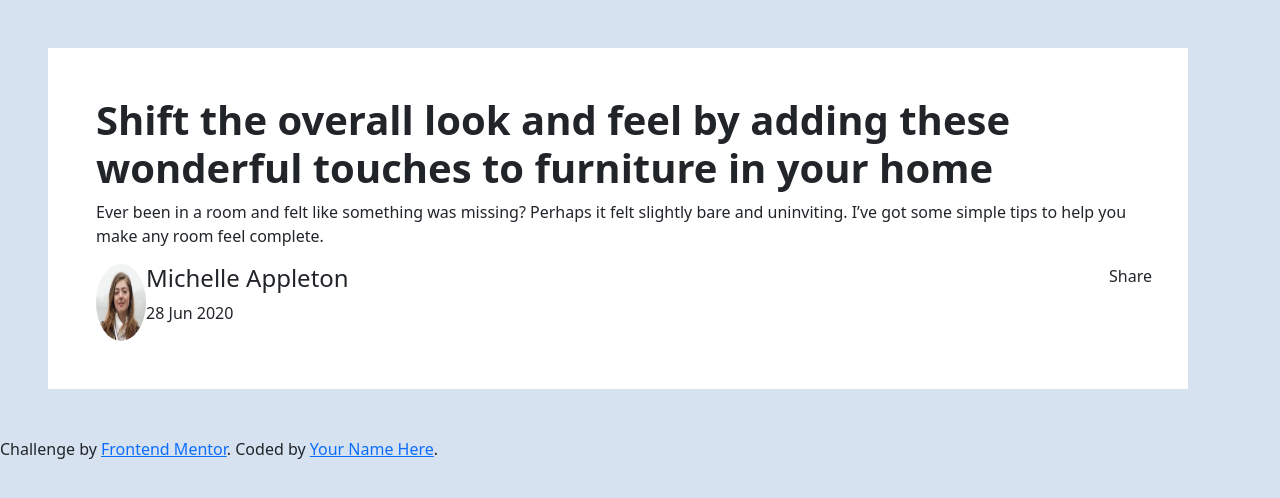
Repository: blordeus/article-preview-component
Page: index.html
The author's editor kept a copy of each file at every save. The page is drawn from the files as they stood at one save, then again after the next save.
The browser window is 1280 px wide. The pictures show the whole page.

Above is the page before, as saved 2024-05-17 10:27:50.

After the next save:
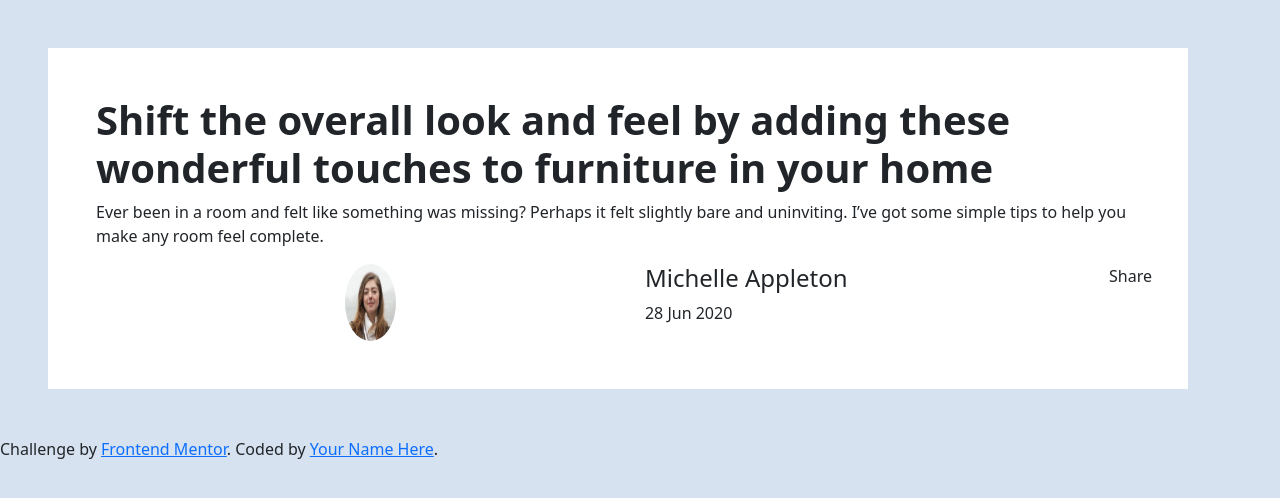
Saved 24 s later.
--- a/index.html
+++ b/index.html
@@ -24,7 +24,7 @@
         to help you make any room feel complete.
       </p>
       <div class="row">
-        <div class="col d-flex">
+        <div class="col d-flex justify-content-evenly">
           <img id="avatar" src="./images/avatar-michelle.jpg" alt="michelle">
           <div class="flex-column">
             <h4>Michelle Appleton</h4>

After the save that followed:
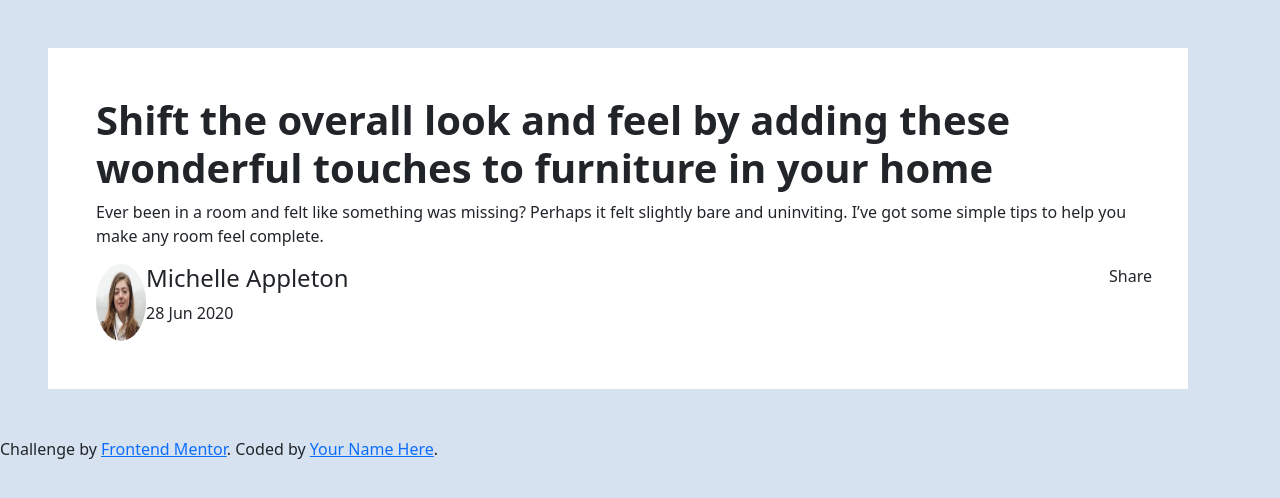
Saved 10 s later.
--- a/index.html
+++ b/index.html
@@ -24,7 +24,7 @@
         to help you make any room feel complete.
       </p>
       <div class="row">
-        <div class="col d-flex justify-content-evenly">
+        <div class="col d-flex">
           <img id="avatar" src="./images/avatar-michelle.jpg" alt="michelle">
           <div class="flex-column">
             <h4>Michelle Appleton</h4>
